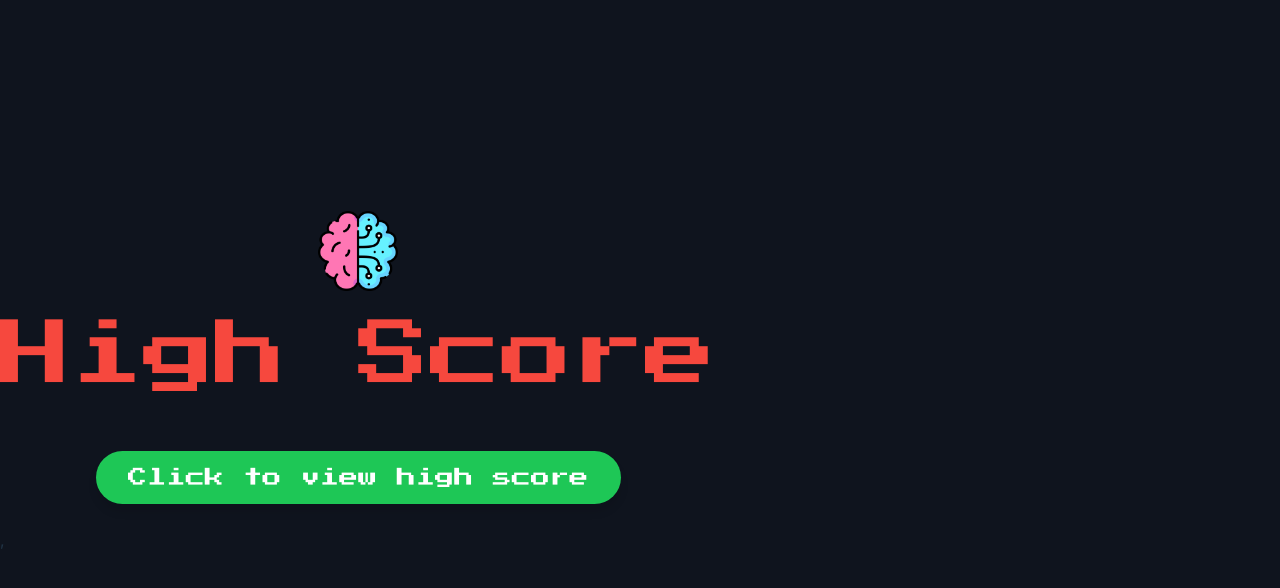
Repository: Shenixo/Color_match_game
Page: /high_score
These files come from the project's save history. The page is drawn as it stood at one moment and after the next save; the edit follows.
The browser window is 1280 px wide. The pictures show the whole page.
The project was rebuilt for these pictures with package versions that can differ from the ones it lists, and the page was loaded fresh each time. Also part of the build but not shown: vite.config.js, src/Components/Card/Card.css, src/Components/Card/Card.jsx, src/Pages/Home/Home.jsx, src/Pages/Rules/Rules.css, src/Pages/Rules/Rules.jsx, src/Pages/Sound/Sound.jsx, src/Pages/GamePlay/GamePlay.css and 3 more. Imported but missing from the stored project, and not drawn on this page: src/assets/button_clicks.wav, src/assets/celebration.mp3, src/assets/game_theme_sound.mp4, src/assets/lose.wav, src/assets/win.wav.

Above is the page before, as saved 2025-02-04 15:24:22.

### index.html
<!DOCTYPE html>
<html lang="en">
  <head>
    <meta charset="UTF-8" />
    <link rel="icon" type="image/svg+xml" href="/vite.svg" />
    <meta name="viewport" content="width=device-width, initial-scale=1.0" />
    <link rel="preconnect" href="https://fonts.googleapis.com" />
    <link rel="preconnect" href="https://fonts.gstatic.com" crossorigin />
    <link rel="preconnect" href="https://fonts.googleapis.com">
<link rel="preconnect" href="https://fonts.gstatic.com" crossorigin>
<link href="https://fonts.googleapis.com/css2?family=Inter:ital,opsz,wght@0,14..32,100..900;1,14..32,100..900&family=Poppins:ital,wght@0,100;0,200;0,300;0,400;0,500;0,600;0,700;0,800;0,900;1,100;1,200;1,300;1,400;1,500;1,600;1,700;1,800;1,900&family=Press+Start+2P&display=swap" rel="stylesheet">
    <title>Color Match</title>
  </head>
  <body>
    <div id="root"></div>
    <script type="module" src="/src/main.jsx"></script>
  </body>
</html>

### src/App.jsx
import { Route, Routes } from "react-router-dom";
import "./App.css";
import Home from "./Pages/Home/Home";
import Rules from "./Pages/Rules/Rules";
import Sound from "./Pages/Sound/Sound";
import GamePlay from "./Pages/GamePlay/GamePlay";
import HighScore from "./Pages/HighScore/HighScore";

function App() {
  return (
    <div>
      <Routes>
        <Route path="/" element={<Home />} />
        <Route path="/game_play" element={<GamePlay/>}/>
        <Route path="/rules" element={<Rules />} />
        <Route path="/sound" element={<Sound />} />
        <Route path="/high_score" element={<HighScore />} />
      </Routes>
    </div>
  );
}

export default App;

### src/App.css
*{
  padding: 0;
  margin: 0;
  box-sizing: border-box;
  font-family: "Inter", serif;
}
body{
  background: #0f141e;
}

### src/Pages/HighScore/HighScore.jsx
import { useEffect, useState } from "react";
import { listenForScoreUpdates } from "../../Components/Card/Card";
import Title from "../../Components/Title/Title";
import celebration_gif from "../../assets/celebration_gif.gif";
import { CelebrationSound, TabClick } from "../../Components/Sound/Sound";
import "./HighScore.css";
import Tab from "../../Components/Tab/Tab";

const HighScore = () => {
  const [viewHighScore, setViewHighScore] = useState(false);
  const handleViewHighScore = () => {
    setViewHighScore((pv) => !pv);
    TabClick();
    CelebrationSound();
  };
  const [score, setScore] = useState(
    () => parseInt(localStorage.getItem("score")) || 0
  );
  const [highScore, setHighScore] = useState(
    () => parseInt(localStorage.getItem("high_score")) || 0
  );

  useEffect(() => {
    listenForScoreUpdates(setScore);
  }, []);

  useEffect(() => {
    if (score > highScore) {
      localStorage.setItem("high_score", score);
      setHighScore(score);
    }
  }, [score]);

  return (
    <div className="high-score-container">
      {viewHighScore ? (
        <img
          className="celebration-gif"
          src={celebration_gif}
          alt="celebration gif"
        />
      ) : null}
      <div className="container">
        <Title content="High Score" />
        {!viewHighScore ? (
          <Tab
            content="Click to view high score"
            onClickTab={handleViewHighScore}
          />
        ) : (
          <h2 className="high_score">Your Highest score is: {highScore}</h2>
        )}
      </div>
    </div>
  );
};

export default HighScore;

### src/Components/Tab/Tab.jsx
import { Link } from "react-router-dom";
import "./Tab.css";
import PropTypes from "prop-types";

const Tab = ({ content, path = "", onClickTab = () => {} }) => {
  return (
    <Link to={path} style={{ textDecoration: "none" }}>
      <div
        onClick={onClickTab}
        className="tab"
      >
        <h1>{content}</h1>
      </div>
    </Link>
  );
};

Tab.propTypes = {
  content: PropTypes.node.isRequired,
  path: PropTypes.string,
  onClickTab: PropTypes.func.isRequired,
};

export default Tab;

### src/Components/Title/Title.jsx
/* eslint-disable react/prop-types */
import "./Title.css";
import brain from "../../assets/brain.png";
import { Link } from "react-router-dom";
import { TabClick } from "../../Components/Sound/Sound";
import ChosenColor from "../../Components/ChosenColorDisplay/ChosenColorDisplay";
import { useEffect, useState } from "react";

const Title = ({ content }) => {
  const [hint, setHint] = useState(false);

  useEffect(() => {
    const handleHintUpdated = (event) => setHint(event.detail);
    document.addEventListener("hintUpdated", handleHintUpdated);
    return () => {
      document.removeEventListener("hintUpdated", handleHintUpdated);
    };
  }, []);

  return (
    <div className="title">
      <h1>{content}</h1>
      <div className="image-div">
        <ChosenColor className={ hint ? "display-bulb" : ""} />
        <Link to="/">
          <img src={brain} onClick={TabClick} alt="Brain image" width={80} />
        </Link>
      </div>
    </div>
  );
};

export default Title;

### src/Pages/Home/Home.css
.home{
    width: 100%;
    max-height: 100svh;
}
.container{
    display: flex;
    align-items: center;
    justify-content: center;
    margin-top: 6%;
    flex-direction: column;
    gap: 1rem;
}

### src/Components/Sound/Sound.jsx
import Game_sound from "../../assets/game_theme_sound.mp4";
import Tab_sound from "../../assets/button_clicks.wav";
import celebration from "../../assets/celebration.mp3"

let game_theme = new Audio(Game_sound);
game_theme.loop = true;
const GameTheme = () => {
  if (game_theme.paused) {
    game_theme.play();
  } else {
    game_theme.pause();
    game_theme.currentTime = 0;
  }
};


const TabClick = () => {
  const tab_clicks = new Audio(Tab_sound)
  tab_clicks.play()
}

/*
let tab_clicks = new Audio(Tab_sound);
let isSoundPlaying = false;

const TabClick = () => {
  if (!isSoundPlaying) {
    tab_clicks.play();
    isSoundPlaying = true;
  }
};

const StopTabClick = () => {
  if (isSoundPlaying) {
    tab_clicks.pause();
    tab_clicks.currentTime = 0;
    isSoundPlaying = false;
  }
}; */

let celebration_sound = new Audio(celebration)
celebration_sound.loop = true
const CelebrationSound = () => {
  if (celebration_sound.paused) celebration_sound.play()
  else {
    celebration_sound.pause()
    celebration_sound.currentTime = 0
  }
}
export { GameTheme, TabClick, CelebrationSound };

### src/Pages/HighScore/HighScore.css
.high_score{
    color: white;
    font-size: 1.2rem;
    font-family: "Press Start 2P", serif;
}
.high-score-contain{
    position: relative;
}
.celebration-gif{
    width: 100%;
    height: 100%;
    position: fixed;
    top: 0;
    bottom: 0;
    z-index: -1;

}
.high-score-container{
/* z-index: 999; */
}

### src/Components/Tab/Tab.css
.tab{
    padding: 1rem;
    border-radius: 30px;
    background: #1ec756;
    color: white;
    cursor: pointer;
    transition: .5s;
    box-shadow: 0 8px 8px rgba(0, 0, 0, 0.1);
    padding-inline: 2rem;
    margin-bottom: 1.5rem;
    min-width: 250px;
    text-align: center;
    transition: .5s;

}
.tab h1{
    font-family: "Press Start 2P", serif;
    font-size: 1.2rem;
}
.tab:hover{
    /* background: #50C878; */

}
.tab:active{
  scale: .895;
  opacity: .8;
}

### src/Components/Title/Title.css
.title {
  display: flex;
  align-items: center;
  gap: 1rem;
  color: #f6483e;
  font-size: 1.4rem;
  margin-bottom: 2.5rem;
  flex-direction: column-reverse;
}
.title h1 {
  font-family: "Press Start 2P", serif;
}
.title img{
  z-index: 99 !important;
}
.image-div{
  position: relative;
}
.bulb-icon{
  position: absolute;
   top: 50%;
  left: 50%;
  transform: translate(20%, -50%);
  z-index: -4;
  transition: top 0.5s ease-in-out;
}
.display-bulb{
  top: -6%;
}
@media only screen and (max-width: 600px){
  .title{
    font-size: 1.1rem;
  }
}

@media only screen and (max-width: 440px){
  .title{
    font-size: .8rem;
  }
}

### src/Components/ChosenColorDisplay/ChosenColorDisplay.jsx
/* eslint-disable react/prop-types */
import { useState, useEffect } from "react";
import EmojiObjectsIcon from "@mui/icons-material/EmojiObjects";
const ChosenColorDisplay = ({className = ""}) => {
  const [chosenColor, setChosenColor] = useState(null);

  useEffect(() => {
    const handleColorChosen = (event) => {
      setChosenColor(event.detail);
    };
    document.addEventListener("colorChosen", handleColorChosen);
    return () => {
      document.removeEventListener("colorChosen", handleColorChosen);
    };
  }, []);
  return (
    <span>
      <EmojiObjectsIcon
        style={{
          color: chosenColor || "#ccc",
          fontSize: 30,
          marginLeft: "-20px",
          filter: chosenColor
            ? `drop-shadow(0px 0px 14px ${chosenColor})`
            : "none",
          transition: "filter 0.3s ease-in-out",
        }}
        className={`bulb-icon ${className}`}
      />
    </span>
  );
};

export default ChosenColorDisplay;

Loaded but not shown: src/main.jsx (common file); src/index.css (common file)

After the next save:
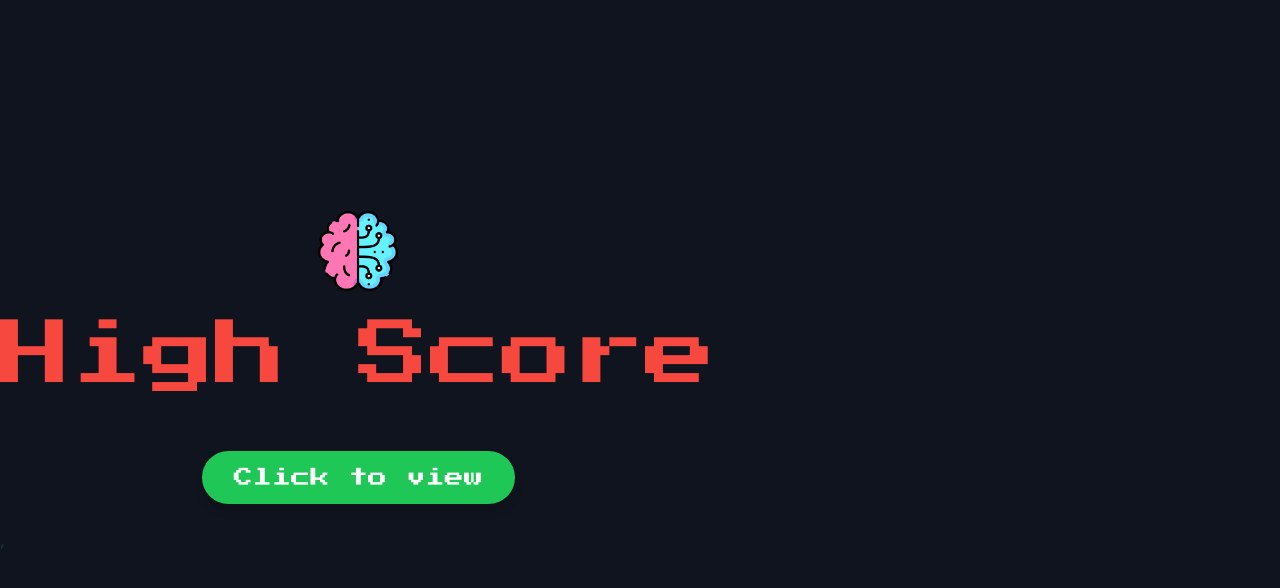
Saved 27 s later.
--- a/src/Pages/HighScore/HighScore.jsx
+++ b/src/Pages/HighScore/HighScore.jsx
@@ -44,7 +44,7 @@ const HighScore = () => {
         <Title content="High Score" />
         {!viewHighScore ? (
           <Tab
-            content="Click to view high score"
+            content="Click to view"
             onClickTab={handleViewHighScore}
           />
         ) : (
